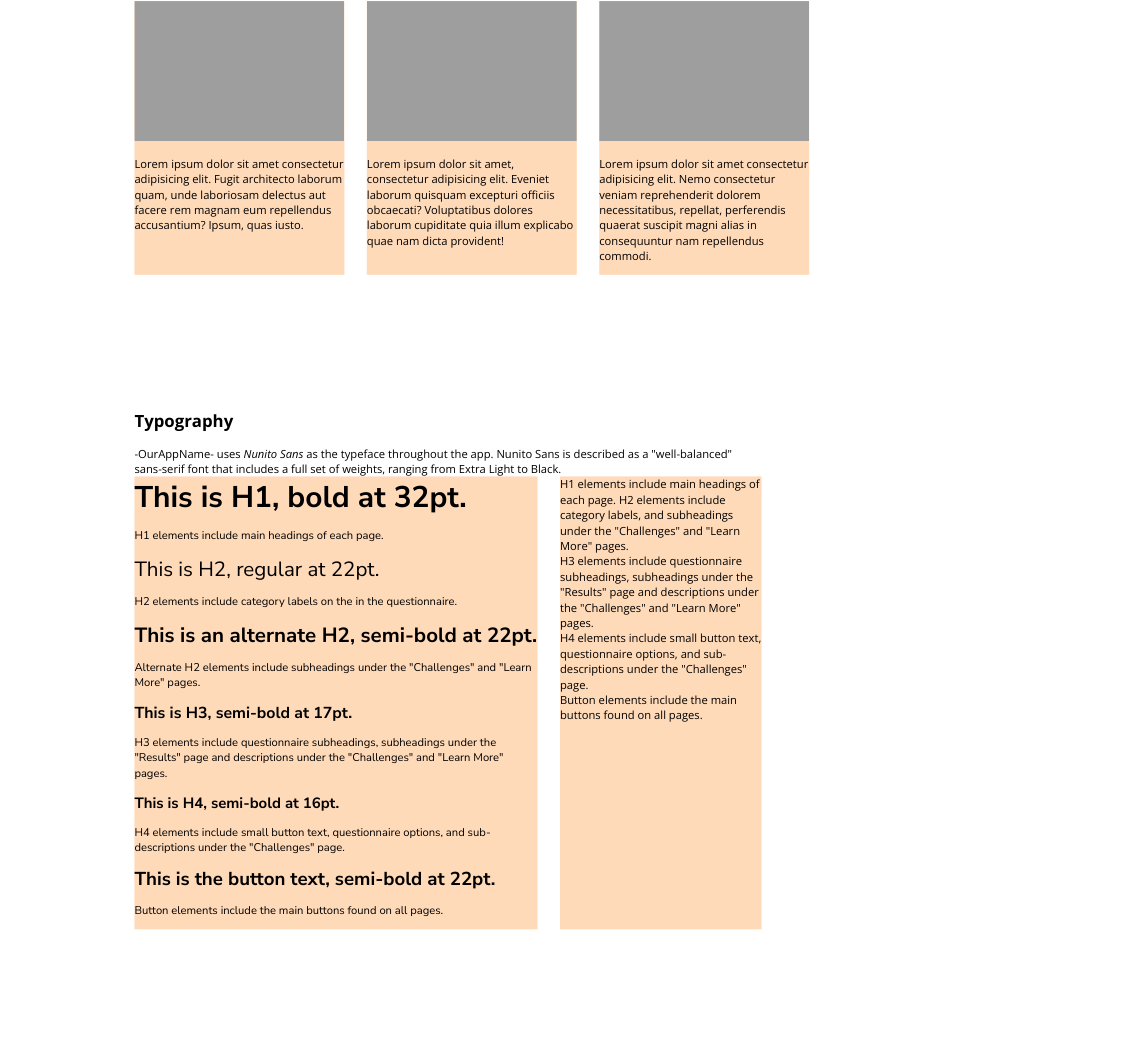
Repository: seohyun9672/Timearth-A6Styleguide
Page: page2.html
An editor plug-in stored every save of this project. The page is shown before and after the next save, followed by the edit.
The browser window is 1280 px wide. The page is 1632 px wide, so the pictures cover 1632 px, including what lies to the right of the window. The pictures show the part of the page from y = 1231 to 2751 px (the page is 2751 px tall before and 2655 px after), at 70% of full size.
Pictures or frames that could not be fetched are drawn as grey boxes.

Above is the page before, as saved 2022-03-20 20:19:23.

### page2.html
<!DOCTYPE html>
<html lang="en">
  <head>
    <meta charset="UTF-8" />
    <meta http-equiv="X-UA-Compatible" content="IE=edge" />
    <meta name="viewport" content="width=device-width, initial-scale=1.0" />
    <title>Document</title>
    <link rel="stylesheet" href="stylesheet.css" />
  </head>

  <body>
    <ul class="navbar">
      <li><a href="/page1.html">App Name</a></li>
      <div class="navbar-active">
        <li><a href="/page1.html">Logo</a></li>
        <li><a href="/page2.html">Colour & Typography</a></li>
        <li><a href="/page3.html">Imagery & Graphics</a></li>
        <li><a href="/ref.html">Reference</a></li>
      </div>
    </ul>
    <section class="color-palette page2">
      <h1>Color Palette</h1>
      <img class="palette" src="https://placekitten.com/1440/100" />
      <div>
        <h2>Description of colour palette</h2>
        <p>
          Lorem ipsum dolor sit amet, consectetur adipisicing elit. Culpa neque
          mollitia quae asperiores ad odit vitae iste minima totam harum
          distinctio qui beatae ea ut et adipisci, excepturi at iusto
          reprehenderit reiciendis fugit fuga nisi. Eligendi ut magni adipisci
          nulla architecto reprehenderit? Nemo eos accusamus optio nobis
          distinctio veritatis eius.
        </p>
      </div>
      <div></div>
      <div class="col-2">
        <div class="col">
          <img src="https://placekitten.com/200/600" />
        </div>
        <div class="col">Lorem ipsum dolor sit amet consectetur adipisicing elit. Corrupti laudantium illo iure alias recusandae accusamus reiciendis consequatur aliquid sint veritatis modi dolores, eveniet porro tempore similique aspernatur. Quas, hic quo sed necessitatibus illum suscipit molestiae consequuntur sit provident nobis ullam repellat obcaecati ipsa quos in cumque mollitia eius ratione facilis ut libero laboriosam tempora eum sint! Nisi sapiente veritatis ad iure esse magni reprehenderit odio non perferendis, sed recusandae beatae corporis quasi ipsam assumenda unde!</div>
      </div>
      <h2>Buttons and Menus</h2>
      <div class="col-3">
        <div class="col">
          <img src="https://placekitten.com/300/200" />
          <p>
            Lorem ipsum dolor sit amet consectetur adipisicing elit. Fugit
            architecto laborum quam, unde laboriosam delectus aut facere rem
            magnam eum repellendus accusantium? Ipsum, quas iusto.
          </p>
        </div>
        <div class="col">
          <img src="https://placekitten.com/300/200" />
          <p>
            Lorem ipsum dolor sit amet, consectetur adipisicing elit. Eveniet
            laborum quisquam excepturi officiis obcaecati? Voluptatibus dolores
            laborum cupiditate quia illum explicabo quae nam dicta provident!
          </p>
        </div>
        <div class="col">
          <img src="https://placekitten.com/300/200" />
          <p>
            Lorem ipsum dolor sit amet consectetur adipisicing elit. Nemo
            consectetur veniam reprehenderit dolorem necessitatibus, repellat,
            perferendis quaerat suscipit magni alias in consequuntur nam
            repellendus commodi.
          </p>
        </div>
      </div>
    </section>
    <section class="typo page2">
      <h1>Typography</h1>
      <div>
        -OurAppName- uses <em>Nunito Sans</em> as the typeface throughout the
        app. Nunito Sans is described as a "well-balanced" sans-serif font that includes a full set of weights, ranging from Extra Light to Black.
      </div>
      <div class="col-2-font">
        <div class="col nunito example">
            <div class="nh1">This is H1, bold at 32pt.</div>
            <p class="desc">H1 elements include main headings of each page.</p>
            <div class="nh2">This is H2, regular at 22pt.</div>
            <p class="desc">H2 elements include category labels on the in the questionnaire.</p>
            <div class="nh2-2">This is an alternate H2, semi-bold at 22pt.</div>
            <p class="desc">Alternate H2 elements include subheadings under the "Challenges" and "Learn More" pages.</p>
            <div class="nh3">This is H3, semi-bold at 17pt.</div>
            <p class="desc">H3 elements include questionnaire subheadings, subheadings under the "Results" page and descriptions under the "Challenges" and "Learn More" pages. </p>
            <div class="nh4">This is H4, semi-bold at 16pt.</div>
            <p class="desc">H4 elements include small button text, questionnaire options, and sub-descriptions under the "Challenges" page. </p>
            <div class="nbtn">This is the button text, semi-bold at 22pt.</div>
            <p class="desc">Button elements include the main buttons found on all pages. </p>
        </div>
        <div class="col">
          H1 elements include main headings of each page.
          H2 elements include category labels, and subheadings under the "Challenges" and "Learn More" pages.<br>
          H3 elements include questionnaire subheadings, subheadings under the "Results" page and descriptions under the "Challenges" and "Learn More" pages. <br>
          H4 elements include small button text, questionnaire options, and sub-descriptions under the "Challenges" page. <br>
          Button elements include the main buttons found on all pages. <br>
        </div>
      </div>
    </section>
  </body>
</html>

### stylesheet.css
/* import fonts */
@import url('https://fonts.googleapis.com/css2?family=Nunito+Sans:ital,wght@0,200;0,300;0,400;0,600;0,700;0,800;0,900;1,200;1,300;1,400;1,600;1,700;1,800;1,900&family=Open+Sans:ital,wght@0,300;0,400;0,500;0,600;0,700;0,800;1,300;1,400;1,500;1,600;1,700;1,800&display=swap');

body{
    margin: 0;
    font-family: 'open sans', san-serif;
  }

/* NAVBAR */

ul {
  list-style-type: none;
  margin: 0;
  padding: 0;
  overflow: hidden;
  background-color: #333;
}

li {
  float: left;
}

li a {
  display: block;
  color: white;
  text-align: center;
  padding: 14px 16px;
  text-decoration: none;
}

li a:hover {
  background-color: #111;
}

.navbar-active{
    float: right;
}

/* LOGO */

.section-logo {
    display: flex;
    flex-direction: column;
    justify-content: flex-start;
    align-items: center;
}

.logo-description {
    display: flex;
}
.logo-variation {
    display: flex;
    justify-content: space-evenly;
}

.logo-colourpalette {
    display: flex;
    width: 100%;
    justify-content: space-between;
}

.section-cont {
    width: 940px;
}
.colour-cont {
    display: flex;
    flex-direction: column;
}
.colour-name {
    font-weight: bold;
}

.logo-typography {
    display: flex;
}

.logo-usage {
    display: flex;
    flex-direction: column;
}

.logo-usage-desc {
    display: flex;
}

.section-cont colour {
    display: flex;
}

/* page 2 */

.page2 {
    margin:12em;
}
.col-3 {
    display:grid;
    grid-template-columns: 1fr 1fr 1fr;
    grid-gap:2em;
}
.col-2 {
    display:grid;
    grid-template-columns: 1fr 2fr;
    grid-gap:2em;
}
.col-2-font {
    display:grid;
    grid-template-columns: 2fr 1fr;
    grid-gap:2em;
}
.col {
    background-color:peachpuff;
}
.nunito {
    font-family: 'nunito sans', Arial, Helvetica, sans-serif;
}
.nh1 {
    font-weight: bold;
    font-size:32pt;
}
.nh2 {
    font-size:22pt;
}
.nh2-2 {
    font-size:22pt;
    font-weight:bolder;
}
.nh3 {
    font-size:17pt;
    font-weight:bolder;
}
.nh4 {
    font-size:16pt;
    font-weight:bolder;
}
.nbtn {
    font-size:20pt;
    font-weight:bolder;
}

After the next save:
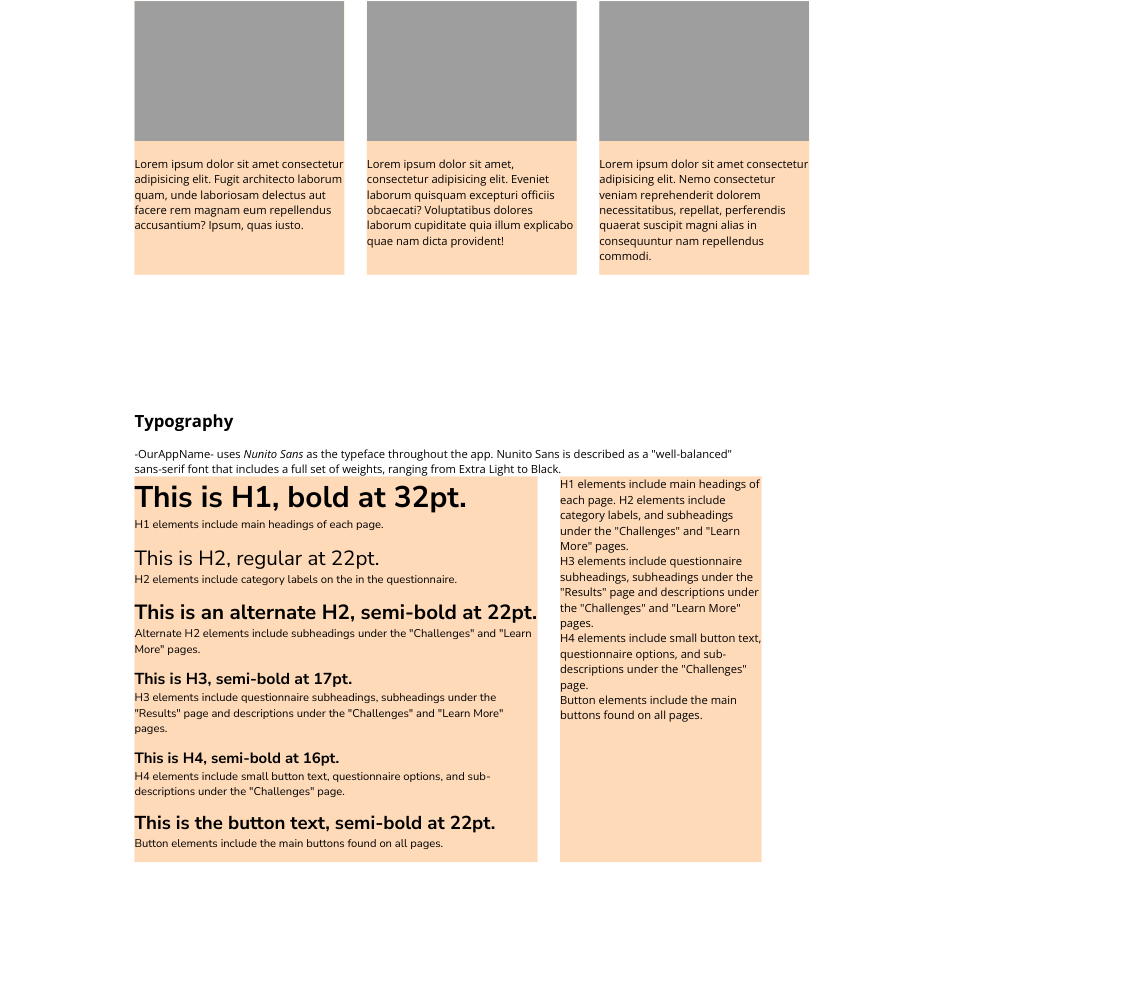
Saved 28 s later.
--- a/stylesheet.css
+++ b/stylesheet.css
@@ -136,3 +136,6 @@ li a:hover {
     font-size:20pt;
     font-weight:bolder;
 }
+.desc {
+    margin-top:0;
+}
